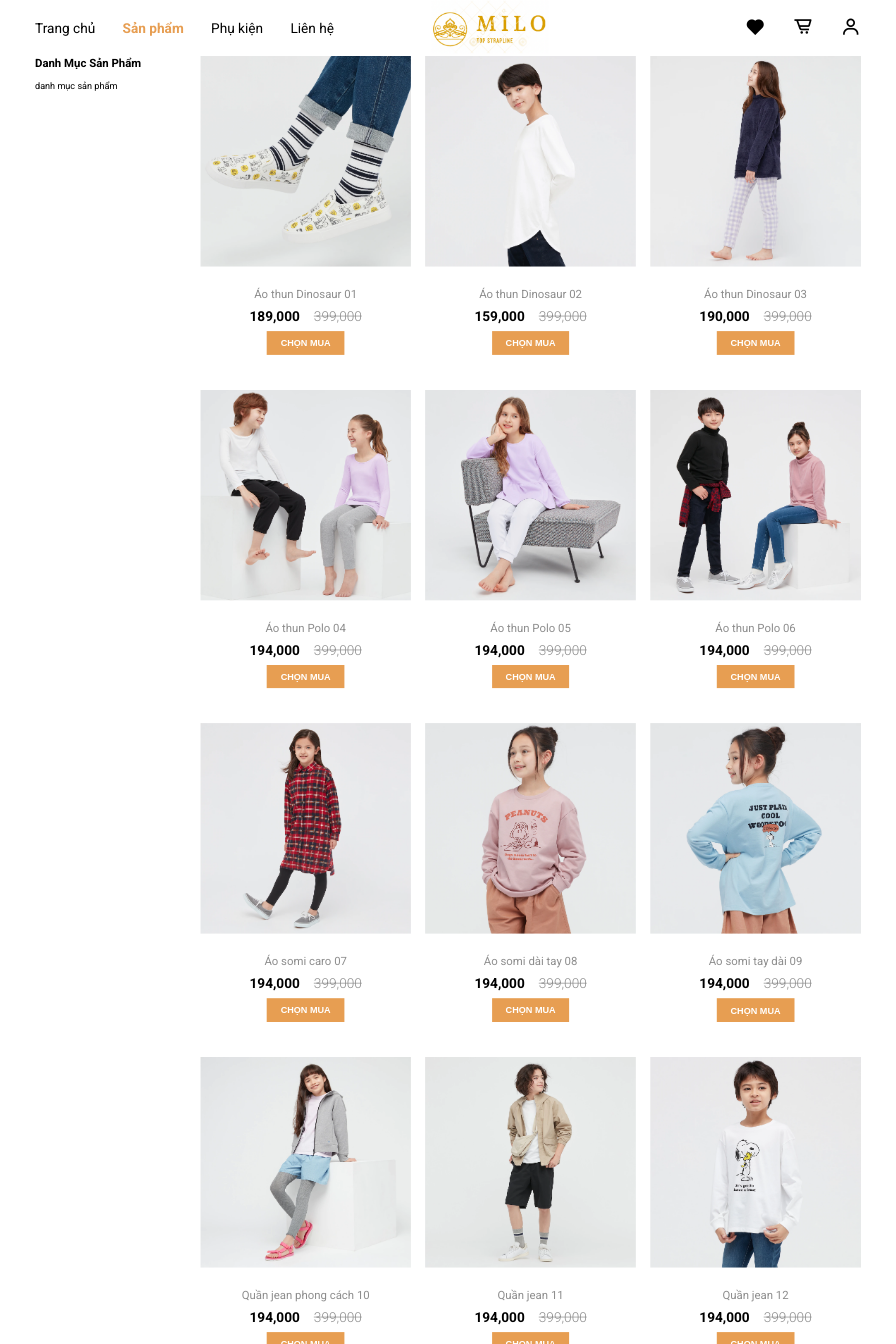
Repository: QuyHoang99k/shop
Page: /catalog
An editor plug-in stored every save of this project. The page is shown before and after a run of saves, followed by the edit.
The browser window is 1280 px wide. The pictures show the part of the page from y = 0 to 1920 px (the page is 3334 px tall), at 70% of full size.
The project was rebuilt for these pictures with package versions that can differ from the ones it lists, and the page was loaded fresh each time. Also part of the build but not shown: src/components/HeroSlider.jsx, src/assets/fake-data/hero-slider.js, src/components/Section.jsx, src/components/PolicyCard.jsx, src/assets/fake-data/policy.js, src/assets/fake-data/productTop.js, src/assets/fake-data/productsNew.js, src/pages/Home.jsx and 2 more.

Above is the page before, as saved 2021-10-19 19:29:04.

### src/sass/index.scss
@import "./_variables.scss";
@import "./mixins";
@import "./_base.scss";

@import "./components/header";
@import "./components/footer";
@import "./components/hero-slider";
@import "./components/button";
@import "./components/section";
@import "./components/policy-card";
@import "./components/product-card";
@import "./components/catalog";

### src/components/Layout.jsx
import React from 'react'

import { BrowserRouter, Route } from 'react-router-dom'

import Header from './Header'
import Footer from './Footer'

import Routes from '../routes/Routes'

const Layout = () => {
    return (
        <BrowserRouter>
            <Route render={props => (
                <div>
                    <Header {...props}/>
                    <div className="container">
                        <div className="main">
                            <Routes/>
                        </div>
                    </div>
                    <Footer/>
                </div>
            )}/>
        </BrowserRouter>
    )
}

export default Layout

### src/sass/_variables.scss
$main-bg: #fff;
$main-color: #E79E52;

$txt-main-color: #000;
$txt-second-color:#8d8d8d;
$txt-white:#fff;

$btn-main-bg: $main-color;
$btn-main-color:#fff;

$header-height:80px;
$header-tablet-height:70px;
$header-mobile-height:40px;
$header-shrink-height:70px;

$box-shadow: rgba(149,157,165,0.2) 0px 8px 24px;

$colors:(
  "blue":#E79E52,
  "orange":#E0D3E9,
  "pink":#C19D71,
  "white":#fff,
  "black":#000,
  "main":$main-color

);
$mobile-width: 600px;
$tablet-width:1024px;

$numbers: (0,1,2,3,4,5,6,7,8);

### src/sass/_mixins.scss
@mixin flex ($align-item, $justify-content) {
    display: flex;
    align-items: $align-item;
    justify-content: $justify-content;
}
@mixin mobile {
    @media only screen and (max-width: $mobile-width){
        @content;
    }
}
@mixin tablet {
    @media only screen and (max-width: $tablet-width){
        @content;
    }
}

### src/sass/_base.scss
@import url("https://fonts.googleapis.com/css2?family=M+PLUS+Rounded+1c:wght@100;300;400;500;700;800;900&family=Roboto:ital,wght@0,100;0,300;0,400;0,500;0,700;0,900;1,100;1,300;1,400;1,500;1,700;1,900&display=swap");

@import url("https://fonts.googleapis.com/css2?family=M+PLUS+Rounded+1c:wght@100;300;400;500;700;800;900&family=Roboto:ital,wght@0,100;0,300;0,400;0,500;0,700;0,900;1,100;1,300;1,400;1,500;1,700;1,900&display=swap");

* {
    padding: 0;
    margin: 0;
    box-sizing: border-box;
    -webkit-tap-highlight-color: transparent;
    user-select: none;
}

html {
    font-size: 13px;
}

body {
    font-family: "Roboto", sans-serif;
}

ul {
    list-style-type: none;
}

a {
    text-decoration: none;
    color: unset;
}

a:hover {
    color: $main-color;
}

img {
    max-width: 100%;
}

@each $color, $val in $colors {
    .color-#{$color} {
        color: $val;
    }

    .bg-#{$color} {
        background-color: $val;
    }
}

@each $val in $numbers {
    .grid-col-#{$val} {
        grid-template-columns: repeat($val, 1fr);
    }
}

@each $val in $numbers {
    .grid-col-md-#{$val} {
        @include tablet {
            grid-template-columns: repeat($val, 1fr);
        }
    }
}

@each $val in $numbers {
    .grid-col-sm-#{$val} {
        @include mobile {
            grid-template-columns: repeat($val, 1fr);
        }
    }
}

.container {
    width: 100%;
    max-width: 1620px;
    padding: 0 50px;
    margin: auto;

    @include tablet {
        padding: 0 20px;
    }

    @include mobile {
        padding: 0 10px;
    }
}

.main {
    margin-top: $header-height;
    margin-bottom: 2rem;
    min-height: 100vh;

    @include tablet {
        margin-top: calc(#{$header-tablet-height} + 20px);
    }

    @include mobile {
        margin-top: calc(#{$header-mobile-height} + 10px);
    }
}

.grid {
    display: grid;
}

### src/sass/components/_header.scss
.header {
    background-color: $main-bg;
    position: fixed;
    top: 0;
    left: 0;
    width: 100%;
    z-index: 100;
    height: $header-height;
    transition: height 0.3s ease;

    @include tablet {
        height: $header-tablet-height;
        box-shadow: $box-shadow;
    }

    @include mobile {
        height: $header-mobile-height;
    }

    .container {
        height: 100%;
    }

    &.shrink {
        height: $header-shrink-height;
        box-shadow: $box-shadow;
        z-index: 100;

        @include mobile {
            height: $header-mobile-height;
        }
    }

    &__logo {
        @include flex(center, center);
        position: absolute;
        inset: 0;
        pointer-events: none;

        img {
            height: 75px;
            margin-left: 120px;
            @include tablet {
                height: 50px;
            }
            @include mobile {
                height: 38px;
                margin-left: 0px;
            }
        }
    }

    &__menu {
        @include flex(center, space-between);
        height: 100%;
        font-size: 1.5rem;

        &__item ~ &__item {
            margin-left: 39px;

            @include tablet {
                margin-left: 20px;
            }

            @include mobile {
                margin-left: 10px;
            }
        }

        &__item.active {
            font-weight: 600;
            color: $main-color;
        }

        &__item:hover {
            color: $main-color;
        }

        &__left,
        &__right {
            @include flex(center, center);
            height: 100%;
        }

        &__right {
            font-size: 2.25rem;

            &__item {
                @include flex(center, center);

                @include tablet {
                    margin-left: 10px;
                }
            }

            @include mobile {
                font-size: 1.5rem;
            }
        }

        &__left {
            &__close {
                display: none;
            }

            @include tablet {
                flex-direction: column;
                background-color: $main-bg;
                position: absolute;
                left: 0;
                top: 0;
                width: 100%;
                height: 100vh;
                justify-content: flex-start;
                padding-top: 30px;
                transform: translateX(-100%);
                transition: transform 0.5s ease;

                &.active {
                    transform: translateX(0);
                }

                &__item ~ &__item {
                    margin-left: unset;
                    margin-top: 20px;
                }

                &__close {
                    display: block;
                    position: absolute;
                    left: 20px;
                    font-size: 2.5rem;
                }
            }
        }

        &__mobile-toggle {
            display: none;

            @include tablet {
                display: block;
                font-size: 2.5rem;
            }
        }
    }
}

### src/sass/components/_footer.scss
.footer{
    padding: 70px 0;
    box-shadow: $box-shadow;
    font-size: 1.1rem;
    &__logo{
        height: 220px;
        width: 220px;
    }

    &__about{
        p{
            margin-bottom: 2rem;
        }
    }
    &__title{
        text-transform: uppercase;
        margin-bottom: 2rem;
        font-weight: 600;
    }
    &__content {
        p {
            margin-bottom: 1.25rem;
        }
    }
}

### src/sass/components/_button.scss
.btn {
    border: 0;
    outline: 0;
    color: $btn-main-color;
    font-size: 1.5rem;
    font-weight: 600;
    text-transform: uppercase;
    cursor: pointer;
    overflow: hidden;
    position: relative;

    @include mobile {
        font-size: 1rem;
    }

    &__txt,
    &__icon {
        display: block;
        transition: transform 0.5s ease;
    }

    &__txt {
        padding: 1rem 2rem;
    }

    &__icon {
        @include flex(center, center);
        font-size: 2rem;
        position: absolute;
        left: 0;
        top: 0;
        height: 100%;
        width: 100%;
        transform: translateX(-100%);
    }

    &-animate:hover &__txt {
        transform: translateX(100%);
    }

    &-animate:hover &__icon {
        transform: translateX(0);
    }

    &-sm {
        font-size: 1rem;
    }

    &-sm &__txt {
        padding: 0.7rem 1.5rem;
    }
}

### src/sass/components/_policy-card.scss
.policy-card{
    @include flex(center,flex-start);
    padding: 20px;
    padding-left: 0;
    box-shadow: $box-shadow;
    transition:  transform 0.5s ease;

    &:hover{
        transform: translateY(-20px);
    }
    &__icon{
        @include flex(center,center);
        width: 40%;
        color: $main-color;
        i{
            font-size: 3rem;
        }
    }
    &__info{
        &__name{
            font-size: 1.25rem;
            font-weight: 600;
            margin-bottom: 10px;
        }
        &__description{
            font-size: 1rem;
            color: $txt-second-color;
        }

    }
}

### src/sass/components/_product-card.scss
.product-card {
    text-align: center;
    margin-bottom: 30px;

    &__image {
        padding-top: 100%;
        position: relative;
        overflow: hidden;
        margin-bottom: 30px;

        img {
            position: absolute;
            top: 0;
            left: 50%;
            transform: translateX(-50%);
            height: 100%;

            &:nth-child(1) {
                transform: translateX(-50%) scale(1);
                transition: transform 0.5s ease;
            }
            &:nth-child(2) {
                transform: translateX(-50%) scale(0);
            }
        }
        &:hover img {
            &:nth-child(1) {
                transform: translateX(-50%) scale(0);
            }
            &:nth-child(2) {
                transform: translateX(-50%) scale(1);
                transition: transform 0.5s ease;
            }
        }
    }
    &__name{
        margin-bottom: 10px;
        color: $txt-second-color;
        font-size: 1.25rem;
        font-weight: normal;
    }
    &__price{
        color: $txt-main-color;
        font-size: 1.5rem;
        font-weight: 600;
        margin-bottom: 10px;

        &__old{
            color: $txt-second-color;
            margin-left: 20px;
            font-weight: 300;
        }
    }
    &__btn{
        @include tablet{
            display: none;
        }
    }
}

### src/sass/components/_catalog.scss
.catalog{
    @include flex(flex-start,flex-start);

    &__filter{
        width: 20%;
        @include tablet{
            width: unset;
        }
        &__widget{
            margin-bottom: 2rem;
            &__title{
                font-size: 1.25rem;
                font-weight: 600;
                text-transform: capitalize;
                margin-bottom: 16px;
            }
            &__content{
                color: $txt-main-color;
            }
        }
    }
    &__content{
        flex-grow: 1;
        @include tablet{
            width: 100%;
        }
    }
}

### src/components/Header.jsx
import React, { useRef, useEffect } from 'react'
import { Link, useLocation } from 'react-router-dom'

import logo from '../assets/images/Logo-2.png'

const mainNav = [
    {
        display: "Trang chủ",
        path: "/"
    },
    {
        display: "Sản phẩm",
        path: "/catalog"
    },
    {
        display: "Phụ kiện",
        path: "/accessories"
    },
    {
        display: "Liên hệ",
        path: "/contact"
    }
]

const Header = () => {

    const { pathname } = useLocation()
    const activeNav = mainNav.findIndex(e => e.path === pathname)

    const headerRef = useRef(null)

    useEffect(() => {
        window.addEventListener("scroll", () => {
            if (document.body.scrollTop > 80 || document.documentElement.scrollTop > 80) {
                headerRef.current.classList.add('shrink')
            } else {
                headerRef.current.classList.remove('shrink')
            }
        })
        return () => {
            window.removeEventListener("scroll")
        };
    }, []);

    const menuLeft = useRef(null)

    const menuToggle = () => menuLeft.current.classList.toggle('active')

    return (
        <div className="header" ref={headerRef}>
            <div className="container">
                <div className="header__logo">
                    <Link to="/">
                        <img src={logo} alt="" />
                    </Link>
                </div>
                <div className="header__menu">
                    <div className="header__menu__mobile-toggle" onClick={menuToggle}>
                        <i className='bx bx-menu-alt-left'></i>
                    </div>
                    <div className="header__menu__left" ref={menuLeft}>
                        <div className="header__menu__left__close" onClick={menuToggle}>
                            <i className='bx bx-chevron-left'></i>
                        </div>
                        {
                            mainNav.map((item, index) => (
                                <div
                                    key={index}
                                    className={`header__menu__item header__menu__left__item ${index === activeNav ? 'active' : ''}`}
                                    onClick={menuToggle}
                                >
                                    <Link to={item.path}>
                                        <span>{item.display}</span>
                                    </Link>
                                </div>
                            ))
                        }
                    </div>
                    <div className="header__menu__right">
                        <div className="header__menu__item header__menu__right__item">
                        <i className='bx bxs-heart'></i>
                        </div>
                        <div className="header__menu__item header__menu__right__item">
                            <Link to="/cart">
                            <i className='bx bx-cart-alt'></i>
                            </Link>
                        </div>
                        <div className="header__menu__item header__menu__right__item">
                            <i className="bx bx-user"></i>
                        </div>
                    </div>
                </div>
            </div>
        </div>
    )
}

export default Header

### src/routes/Routes.jsx
/* eslint-disable no-unused-vars */
import React from 'react'
import { Route,Switch } from 'react-router'

import Home from '../pages/Home'
import Catalog from '../pages/Catalog'
import Cart from '../pages/Cart'
import Product from '../pages/Product'



const Routes = () => {
  return (
    <Switch>
      <Route path='/' exact component ={Home}/>
      <Route path='/catalog/:slug' exact component ={Product}/>
      <Route path='/catalog' exact component ={Catalog}/>
      <Route path='/cart' exact component ={Cart}/>
    </Switch>
  )
}

export default Routes

### src/components/Grid.jsx
import React from 'react'
import PropTypes from 'prop-types'

const Grid = props => {

    const style = {
        gap: props.gap ? `${props.gap}px` : '0'
    }

    const col = props.col ? `grid-col-${props.col}` : ''
    const mdCol = props.mdCol ? `grid-col-md-${props.mdCol}` : ''
    const smCol = props.smCol ? `grid-col-sm-${props.smCol}` : ''

    return (
        <div className={`grid ${col} ${mdCol} ${smCol}`} style={style}>
            {props.children}
        </div>
    )
}


Grid.propTypes = {
    col: PropTypes.number.isRequired,
    mdCol: PropTypes.number,
    smCol: PropTypes.number,
    gap: PropTypes.number
}

export default Grid

### src/pages/Catalog.jsx
import React from 'react'

import Helmet from '../components/Helmet'
import Grid from '../components/Grid'
import ProductCard from '../components/ProductCard'

import productData from '../assets/fake-data/products'
import category from '../assets/fake-data/category'



const Catalog = () => {
  return (
    <Helmet title="Sản Phẩm">
      <div className="catalog">
        <div className="catalog__filter">
          <div className="catalog__filter__widget">
              <div className="catalog__filter__widget__title">
                danh mục sản phẩm
              </div>
              <div className="catalog__filter__widget__content">
                danh mục sản phẩm
              </div>
          </div>
        </div>
        <div className="catalog__content">
          <Grid
            col={3}
            mdCol={2}
            smCol={1}
            gap={20}
          >
            {productData.getAllProducts().map((item, index) => (
              <ProductCard
                key={index}
                img01={item.image01}
                img02={item.image02}
                name={item.title}
                price={Number(item.price)}
                slug={item.slug}

              />
            ))

            }

          </Grid>

        </div>
      </div>

    </Helmet>
  )
}

export default Catalog

### src/components/Helmet.jsx
import React from 'react'
import PropTypes from 'prop-types'

const Helmet = props => {

    document.title = 'Milo - ' + props.title
    return (
        <div>
            {props.children}
        </div>
    )
}

Helmet.propTypes = {
    title:PropTypes.string.isRequired
}

export default Helmet

### src/components/ProductCard.jsx
import React from 'react'
import PropTypes from 'prop-types'

import { Link } from 'react-router-dom'
import Button from './Button'

import numberWithCommas from '../utils/numberWithCommas'

const ProductCard = props => {
    return (
        <div className="product-card">
            <Link to={`/catalog/${props.slug}`}>
                <div className="product-card__image">
                    <img src={props.img01} alt=""  />
                    <img src={props.img02} alt=""  />
                </div>
                <h3 className="product-card__name" >{props.name}</h3>
                <div className="product-card__price">
                    {numberWithCommas(props.price)}
                    <span className="product-card__price__old">
                        <del>{numberWithCommas(399000)}</del>
                    </span>
                </div>
            </Link>
            <div className="product-card__btn">
                <Button
                    size="sm"
                    icon="bx bx-cart"
                    animate={true}
                >
                    Chọn mua
                </Button>
            </div>
        </div>
    )
}

ProductCard.propTypes = {
    img01:PropTypes.string.isRequired,
    img02:PropTypes.string.isRequired,
    name:PropTypes.string.isRequired,
    price:PropTypes.number.isRequired,
    slug:PropTypes.string.isRequired,
}

export default ProductCard

### src/components/Button.jsx
import React from 'react'
import PropTypes from 'prop-types'

const Button = props => {

    const bg = props.backgroundColor ? 'bg-' + props.backgroundColor : 'bg-main'

    const size = props.size ? 'btn-' + props.size : ''

    const animate = props.animate ? 'btn-animate' : ''

    return (
        <button
            className={`btn ${bg} ${size} ${animate}`}
            onClick={props.onClick ? () => props.onClick() : null}
        >
            <span className="btn__txt">{props.children}</span>
            {
                props.icon ? (
                    <span className="btn__icon">
                        <i className={`${props.icon} bx-tada`}></i>
                    </span>
                ) : null
            }
        </button>
    )
}

Button.propTypes = {
    backgroundColor: PropTypes.string,
    size: PropTypes.string,
    icon: PropTypes.string,
    animate: PropTypes.bool,
    onclick: PropTypes.func
}

export default Button

Loaded but not shown: public/index.html (common file); src/reportWebVitals.js (common file); src/assets/boxicons-2.0.7/css/boxicons.min.css (library); src/sass/components/_section.scss (common file); src/utils/numberWithCommas.js (common file); src/assets/fake-data/products.js (236 lines, source omitted); src/index.js (22 lines, source omitted); src/assets/fake-data/category.js (15 lines, source omitted); src/sass/components/_hero-slider.scss (210 lines, source omitted); src/components/Footer.jsx (118 lines, source omitted)

After the next 2 saves:
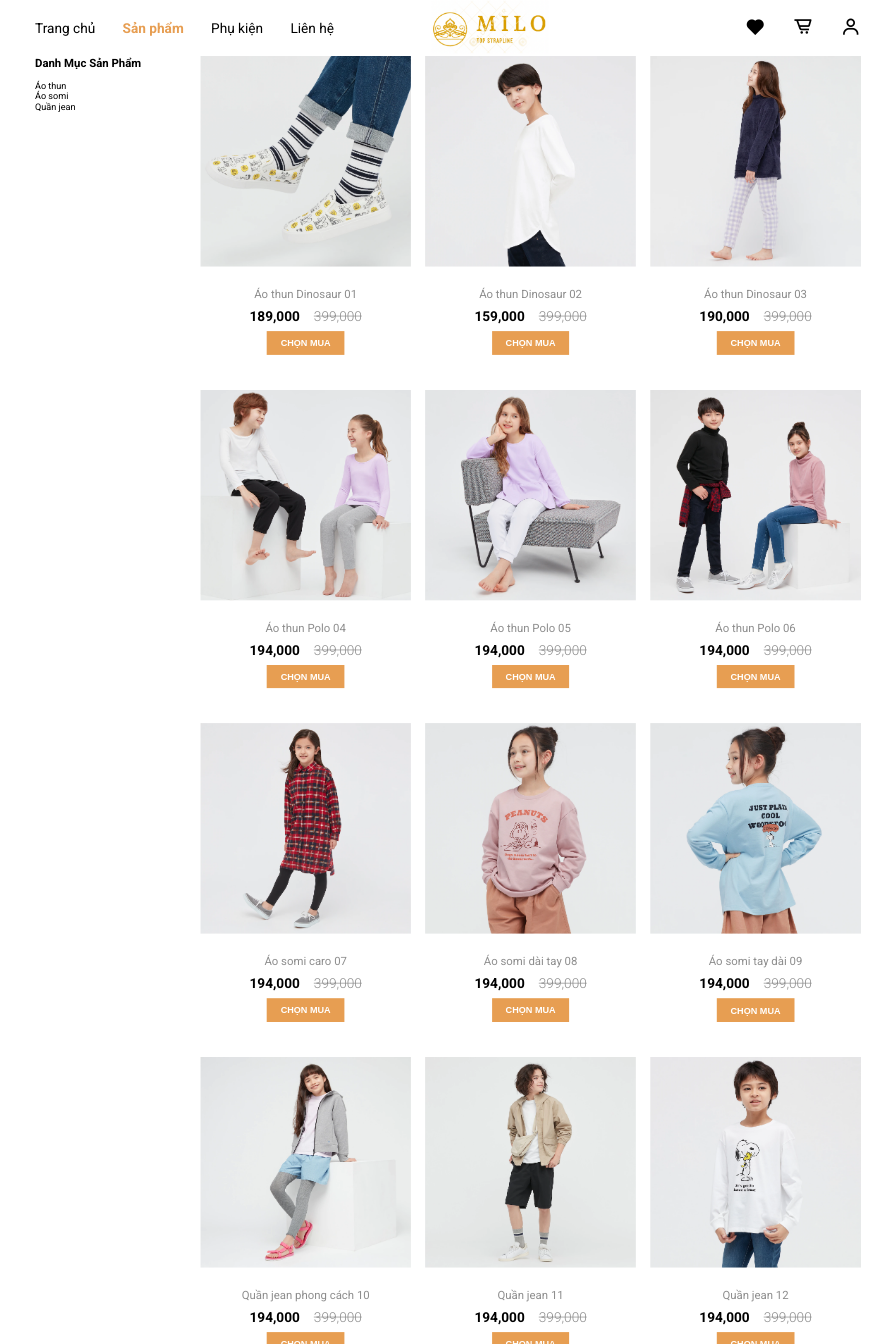
The 2 saves are shown as one change because 1 did not build or start.
The last was saved 34 s later.
--- a/src/pages/Catalog.jsx
+++ b/src/pages/Catalog.jsx
@@ -19,7 +19,11 @@
                 danh mục sản phẩm
               </div>
               <div className="catalog__filter__widget__content">
-                danh mục sản phẩm
+                {
+                  category.map((item,index)=>(
+                    <p>{item.display}</p>
+                  ))
+                }
               </div>
           </div>
         </div>
